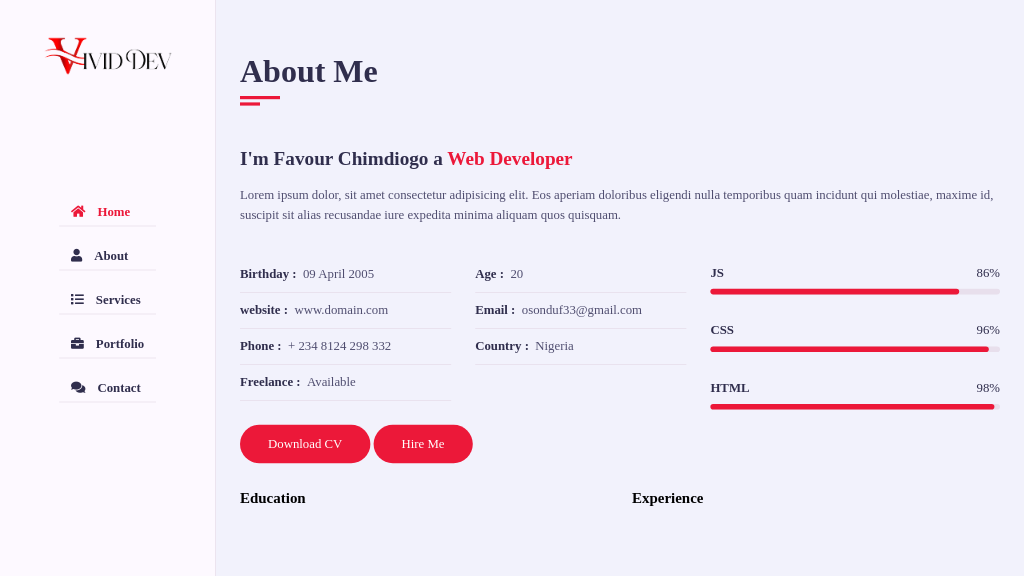
Repository: Big-Fave1/vivid-dev-portfolio
Page: build/index.html
The author's editor kept a copy of each file at every save. The page is drawn from the files as they stood at one save, then again after the next save.
The browser window is 1280 px wide. The pictures show the whole page, at 80% of full size.
Some web fonts or font styles are not loaded; a fallback is used.

Above is the page before, as saved 2025-05-30 14:45:33.

After the next save:
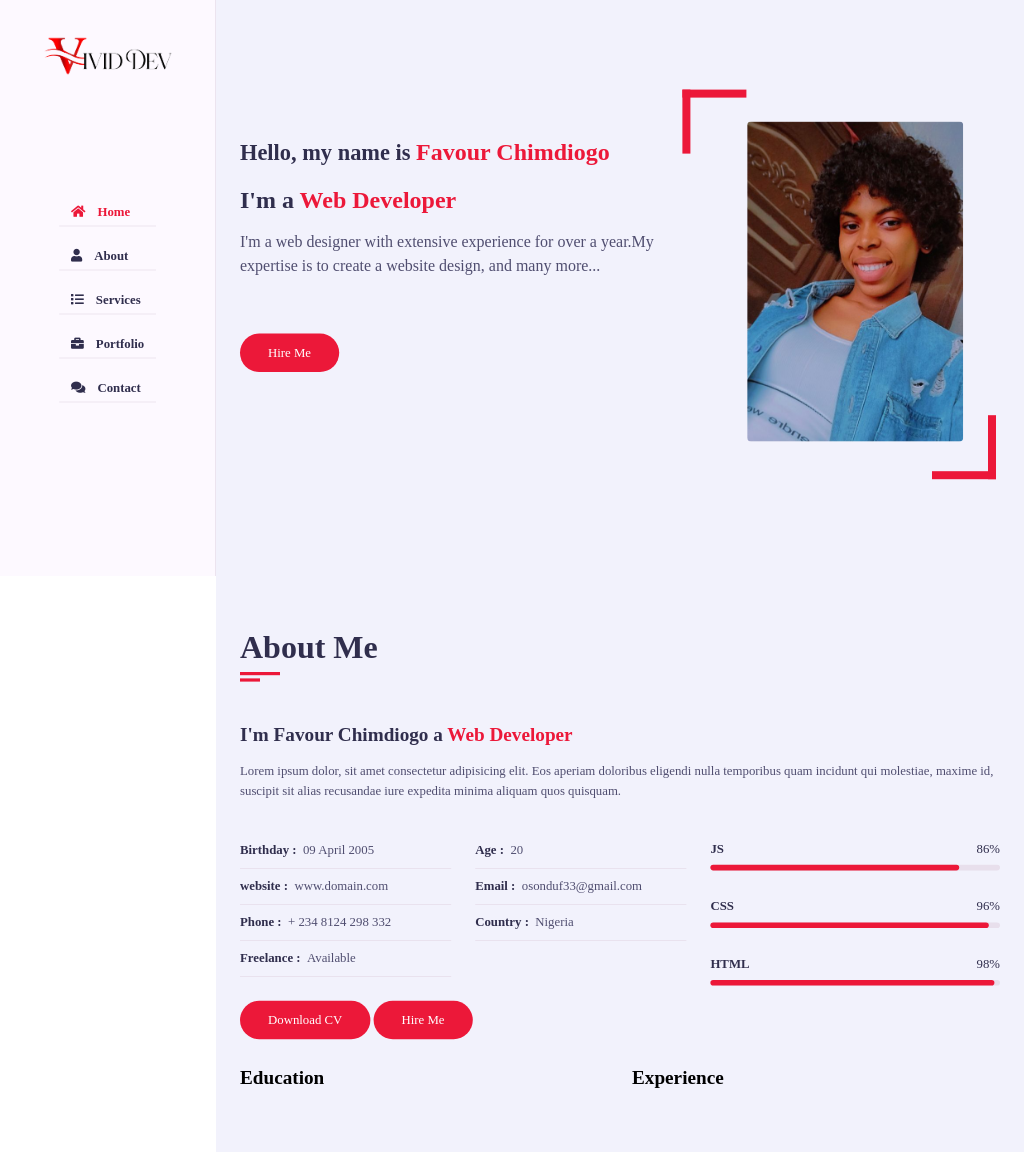
Saved 8 min 40 s later.
--- a/build/css/style.css
+++ b/build/css/style.css
@@ -44,10 +44,10 @@
     padding: 0 30px;
     opacity: 1;
 }
-.hidden
+/*.hidden
 {
     display: none !important;
-}
+}*/
 .main-content
 {
     padding-left: 270px;
@@ -424,3 +424,8 @@
     max-width: 50%;
     margin-top: 30px;
 }
+.about .about-content h3.title
+{
+    font-size: 24px;
+    margin-bottom: 3;
+}

After the save that followed:
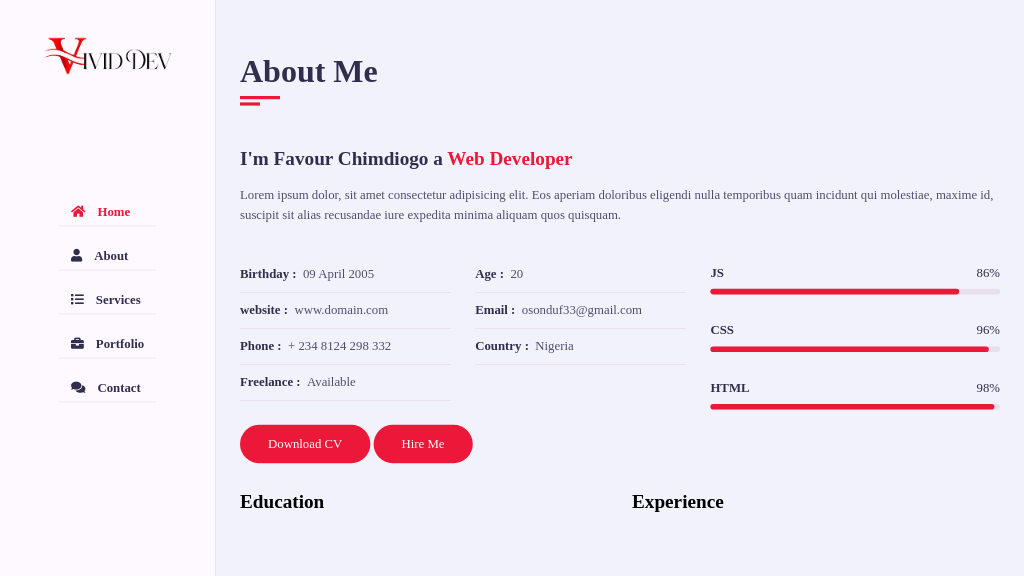
Saved 5 min 13 s later.
--- a/build/css/style.css
+++ b/build/css/style.css
@@ -1,6 +1,5 @@
 
 @import url('https://fonts.googleapis.com/css2?family=Clicker+Script&family=Poppins:ital,wght@0,100;0,200;0,300;0,400;0,500;0,600;0,700;0,800;0,900;1,100;1,200;1,300;1,400;1,500;1,600;1,700;1,800;1,900&display=swap');
-
 
 :root
 {
@@ -23,14 +22,14 @@
 {
     margin: 0;
     padding: 0;
-    outline:none;
-    text-decoration:none;
-    text-decoration:none;
+    outline: none;
+    text-decoration: none;
+    text-decoration: none;
     box-sizing: border-box;
 }
 ::before, ::after
 {
-    box-sizing:border-box;
+    box-sizing: border-box;
 }
 ul
 {
@@ -44,10 +43,10 @@
     padding: 0 30px;
     opacity: 1;
 }
-/*.hidden
+.hidden
 {
     display: none !important;
-}*/
+}
 .main-content
 {
     padding-left: 270px;
